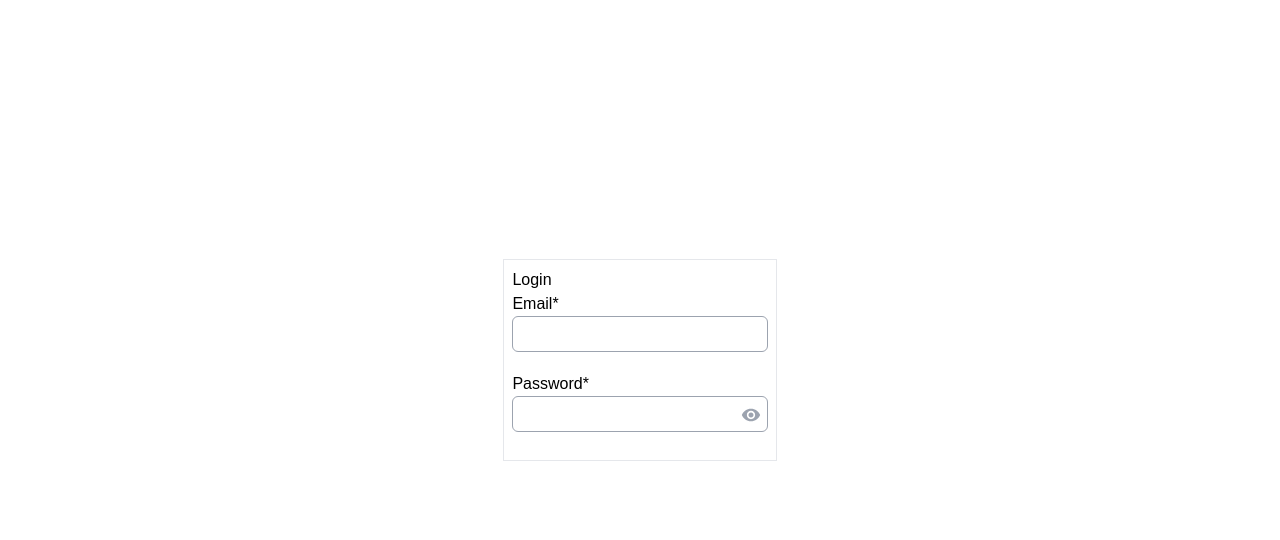
Repository: Qu4ntumGuy/support-ai
Page: /auth (app in frontend/)
An editor plug-in stored every save of this project. The page is shown before and after the next save, followed by the edit.
The browser window is 1280 px wide. The pictures show the whole page.
The project was rebuilt for these pictures with package versions that can differ from the ones it lists, and the page was loaded fresh each time.

Above is the page before, as saved 2024-07-13 18:38:27.

### frontend/src/index.css
@tailwind base;
@tailwind components;
@tailwind utilities;

@import url("https://fonts.googleapis.com/css2?family=Poppins:ital,wght@0,100;0,200;0,300;0,400;0,500;0,600;0,700;0,800;0,900;1,100;1,200;1,300;1,400;1,500;1,600;1,700;1,800;1,900&display=swap");

:root {
  font-family: "Poppins", sans-serif;
  color-scheme: light;
}

### frontend/src/App.js
import React, { Suspense } from "react";
import { Route, Routes } from "react-router-dom";
import { BrowserRouter } from "react-router-dom";

const Home = React.lazy(() => import("./Pages/Home/Home"));
const Auth = React.lazy(() => import("./Pages/Auth/Auth"));

function App() {
  return (
    <>
      <BrowserRouter>
        <Suspense fallback={<div>Loading...</div>}>
          <Routes>
            <Route path="/" exact element={<Home />} />
            <Route path="/auth" exact element={<Auth />} />
          </Routes>
        </Suspense>
      </BrowserRouter>
    </>
  );
}

export default App;

### frontend/src/Pages/Auth/Auth.js
import React from "react";
import { Link } from "react-router-dom";
import VisibilityIcon from "@mui/icons-material/Visibility";
import VisibilityOffIcon from "@mui/icons-material/VisibilityOff";

function Auth() {
  const [email, setEmail] = React.useState("");
  const [password, setPass] = React.useState("");
  const [showPassword, setShowPassword] = React.useState(false);
  const [loading, setLoading] = React.useState(false);

  const loginHandler = async (e) => {
    e.preventDefault();
    setLoading(true);
    const res = await fetch("http://localhost:8000/api/login", {
      method: "POST",
      headers: {
        "Content-Type": "application/json",
      },
      body: JSON.stringify({ email, password }),
    });
    const data = await res.json();
    console.log(data);
    setLoading(false);
  };

  return (
    <div className="flex h-screen justify-center items-center">
      <div className="border border-gray-200 p-2">
        <div>Login</div>
        <div>
          <form>
            <div>
              <label>Email*</label>
              <input
                type="text"
                className=" hover:border-gray-500 border bg-inherit focus:outline-none  border-gray-400 w-full p-[2%] rounded-md mb-5"
                name="email"
                required
                onChange={(e) => setEmail(e.target.value)}
                value={email}
              />
            </div>
            <div>
              <label>Password*</label>
              <div className="flex border hover:border-gray-500 focus:outline-none  border-gray-400 w-full p-[2%] rounded-md mb-5 ">
                <input
                  type={showPassword ? "text" : "password"}
                  className="focus:outline-none w-11/12 bg-inherit"
                  name="password"
                  required
                  onChange={(e) => setPass(e.target.value)}
                  value={password}
                />
                <div
                  onClick={() => setShowPassword(!showPassword)}
                  className="w-1/12 cursor-pointer text-gray-400"
                >
                  {showPassword ? (
                    <VisibilityOffIcon fontSize="small" />
                  ) : (
                    <VisibilityIcon fontSize="small" />
                  )}
                </div>
              </div>
            </div>
          </form>
        </div>
      </div>
    </div>
  );
}

export default Auth;

Loaded but not shown: frontend/public/index.html (common file); frontend/src/index.js (common file); frontend/src/reportWebVitals.js (common file); frontend/tailwind.config.js (common file)

After the next save:
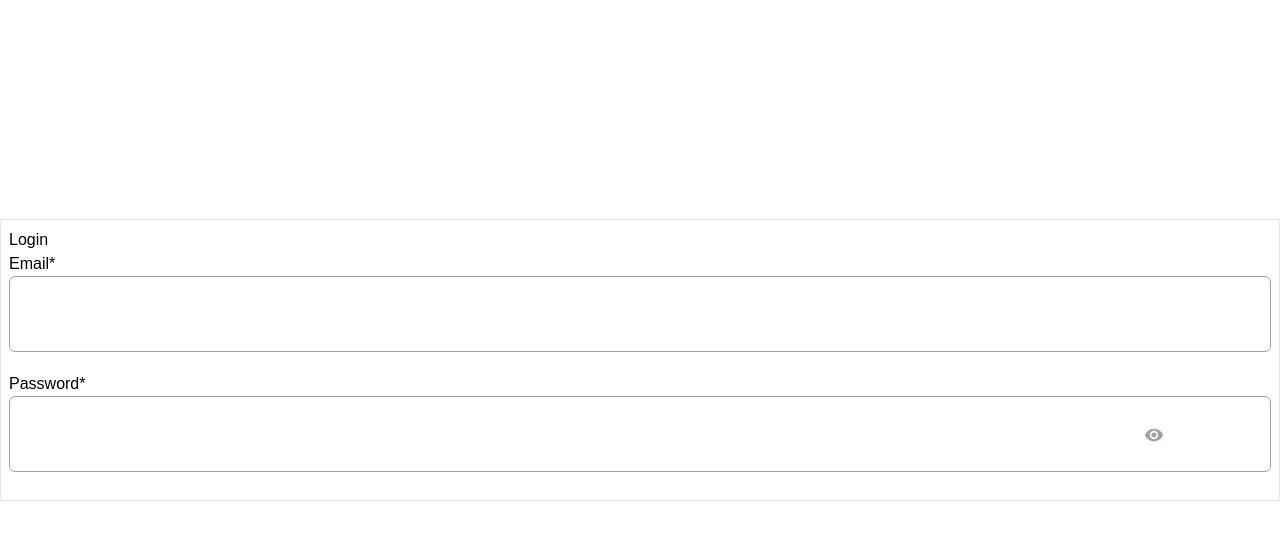
Saved 2 min 28 s later.
--- a/frontend/src/Pages/Auth/Auth.js
+++ b/frontend/src/Pages/Auth/Auth.js
@@ -26,7 +26,7 @@
 
   return (
     <div className="flex h-screen justify-center items-center">
-      <div className="border border-gray-200 p-2">
+      <div className="border border-gray-200 p-2 w-full">
         <div>Login</div>
         <div>
           <form>

After the save that followed:
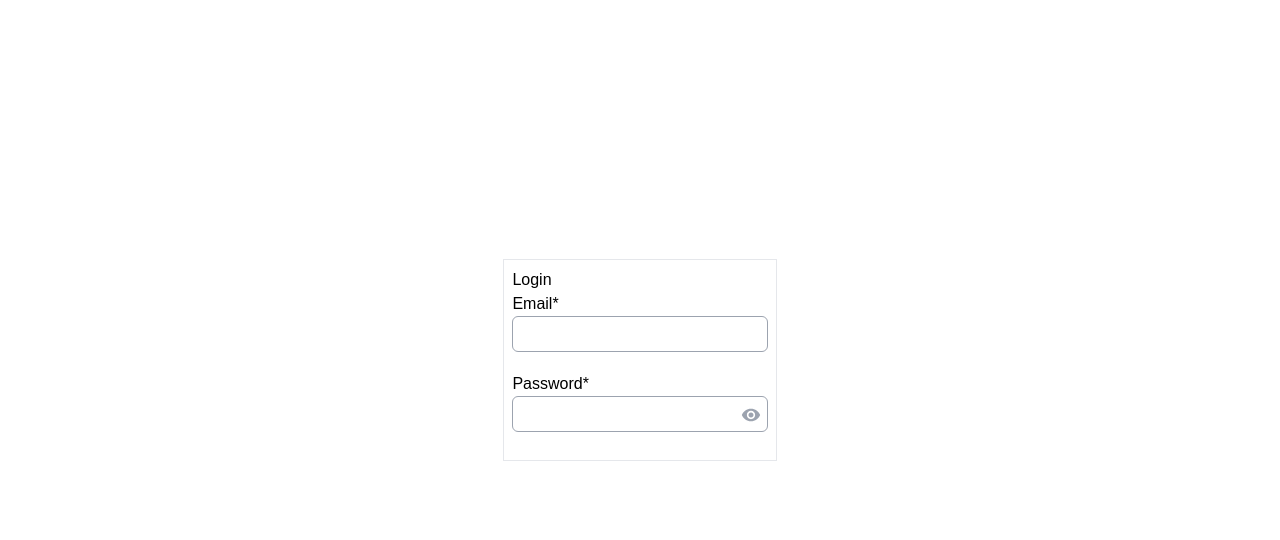
Saved 4 s later.
--- a/frontend/src/Pages/Auth/Auth.js
+++ b/frontend/src/Pages/Auth/Auth.js
@@ -26,7 +26,7 @@
 
   return (
     <div className="flex h-screen justify-center items-center">
-      <div className="border border-gray-200 p-2 w-full">
+      <div className="border border-gray-200 p-2">
         <div>Login</div>
         <div>
           <form>
